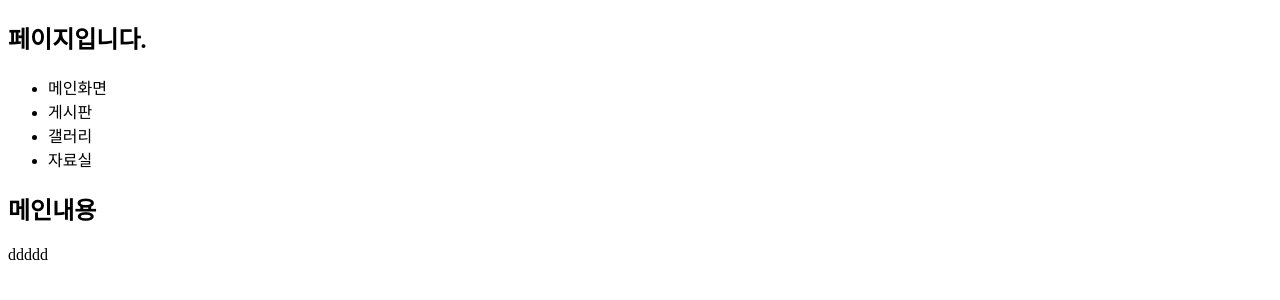
Repository: simjiho/week
Page: http://localhost/el_jstl/views/content.jsp
These files come from the project's save history. The page is drawn as it stood at one moment and after the next save; the edit follows.
The browser window is 1280 px wide. The pictures show the whole page.
The page is served by Tomcat 9.

Above is the page before, as saved 2024-04-20 05:33:11.

After the next save:
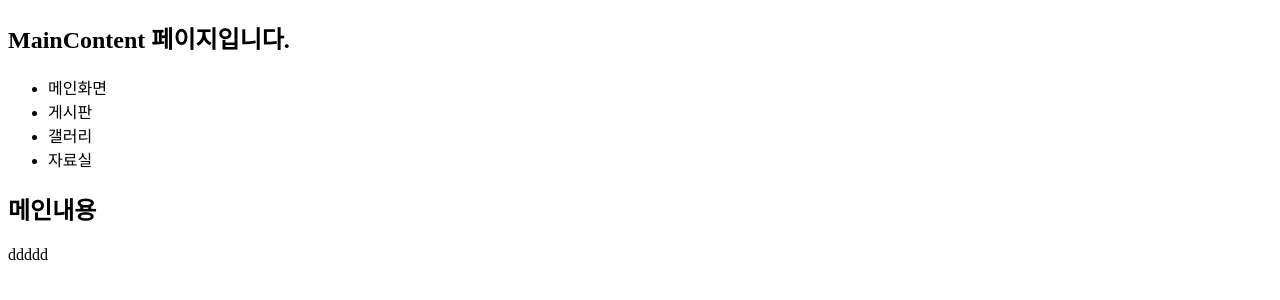
Saved 43 s later.
--- a/workspace/el_jstl/src/main/webapp/views/content.jsp
+++ b/workspace/el_jstl/src/main/webapp/views/content.jsp
@@ -2,7 +2,7 @@
     pageEncoding="UTF-8"%>
 
 <jsp:include page="/views/common/header.jsp">
-	<jsp:param value="title" name="MainContent"/>
+	<jsp:param name="title" value="MainContent"/>
 </jsp:include>
 	<h2>메인내용</h2>
 	<p>ddddd</p>
